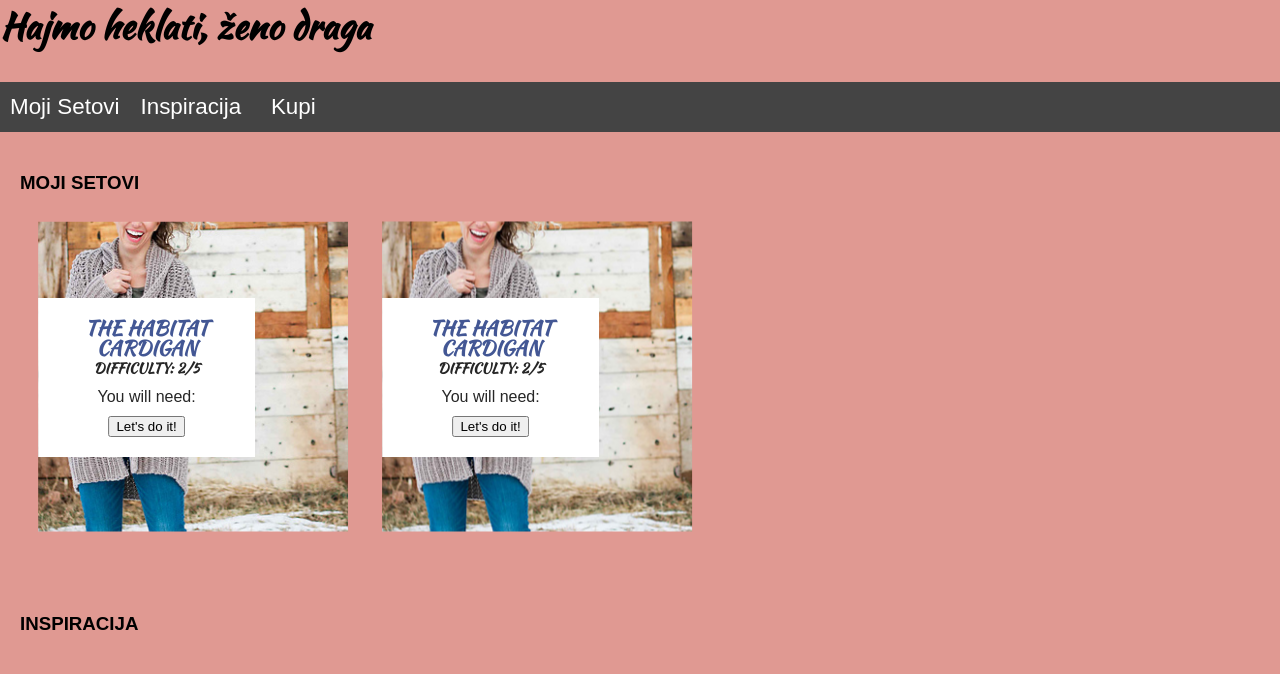
Repository: sdnc/Heklamo
Page: index.html
An editor plug-in stored every save of this project. The page is shown before and after the next save, followed by the edit.
The browser window is 1280 px wide. The pictures show the whole page.

Above is the page before, as saved 2020-12-24 14:54:49.
Console error: ReferenceError: $ is not defined

### index.html
<html>

<head>
  <meta charset="UTF-8" />
  <meta name="viewport" content="width=device-width, initial-scale=1.0" />
  <title>Heklamo</title>
  <link rel="preconnect" href="https://fonts.gstatic.com">
<link href="https://fonts.googleapis.com/css2?family=Kaushan+Script&display=swap" rel="stylesheet">
  <link href="https://maxcdn.bootstrapcdn.com/font-awesome/4.7.0/css/font-awesome.min.css" rel="stylesheet">
  <link rel="stylesheet" href="styles.css" />
  <script src="https://unpkg.com/vue@next" defer></script>
  <script src="app.js" defer></script>
</head>

<body>
  <!--1) -->
  <!--2) -->
  <section id="header">
    <h1>Hajmo heklati, ženo draga</h1>
  </section>
  <section class="nav">
    <ul>
      <li class="setove"><a href="#">Moji Setovi</a></li>
      <li class="inspiracija"><a href="#">Inspiracija</a></li>
      <li class="kupi"><a href="#">Kupi</a></li>
    </ul>
  </section>
    <section id="sets" class="divider">
      <h3>MOJI SETOVI</h3>
    <div class="card">
      <div class="image">
        <img
          src="img/habitatcardigan.jpg" />
      </div>
      <div class="details">
        <div class="center">
          <h1>The Habitat Cardigan<br><span>Difficulty: 2/5</span></h1>
          <p>You will need:</p>
          <button>Let's do it!</button>
        </div>
      </div>
    </div>

    <div class="card">
      <div class="image">
        <img src="img/habitatcardigan.jpg" />
      </div>
      <div class="details">
        <div class="center">
          <h1>The Habitat Cardigan<br><span>Difficulty: 2/5</span></h1>
          <p>You will need:</p>
          <button>Let's do it!</button>
        </div>
      </div>
    </div>
  </section>

  <section id="inspiration" class="divider">
    <h3>INSPIRACIJA</h3>



  </section>

  <section id="buy" class="divider">

  </section>

  <script>


  </script>
</body>

</html>

### styles.css
body {
  margin: 0;
  padding: 0;
  font-family: sans-serif;
  background-color: #e09992;
}

.divider {
  margin: 40px 0 30px 20px;
}

h1 {
  font-family: "Kaushan Script", sans-serif;
  font-size: 36;
}
/* NAV BAR */

.nav ul {
  list-style: none;
  background-color: #444;
  text-align: left;
  padding: 0;
  margin: 0;
}
.nav li {
  font-family: 'Oswald', sans-serif;
  font-size: 1em;
  padding-left: 10px;
  line-height: 40px;
  height: 40px;
  border-bottom: 1px solid #888;
}

.nav a {
  text-decoration: none;
  color: #fff;
  display: block;
  transition: .3s background-color;
}

.nav a:hover {
  background-color: #005f5f;
}
/*
.nav a.active {
  background-color: #fff;
  color: #444;
  cursor: default;
} */

@media screen and (min-width: 600px) {
  .nav li {
    width: 120px;
    border-bottom: none;
    height: 50px;
    line-height: 50px;
    font-size: 1.4em;
  }

  /* Option 1 - Display Inline */
  .nav li {
    display: inline-block;
    margin-right: -4px;
  }

/* MY SETS - section */
.card {
  margin: 5px 15px;
  display: inline-block;
  transform: translate(1%,1%);
  width: 310px;
  height: 350px;
}
.image {
  width: 310px;
  height: 350px;
  overflow: hidden;
}
.card .image img {
  width: 100%;
  transition: .5s;
}
.card:hover .image img {
  opacity: .5;
  transform: translateX(30%);/*100%*/
}
.card .details {
  position: absolute;
  top: 0;
  left: 0;
  width: 70%;/*100%*/
  height: 89%;
  background: #7ca9e0;
  transition: .5s;
  transform-origin: left;
  transform: perspective(2000px) rotateY(-90deg);
}
.card:hover .details {
  transform: perspective(2000px) rotateY(0deg);
}
.card .details .center {
  padding: 20px;
  text-align: center;
  background: #fff;
  position: absolute;
  top: 50%;
  transform: translateY(-50%);
}
.card .details .center h1 {
  margin: 0;
  padding: 0;
  color: #435794;
  line-height: 20px;
  font-size: 20px;
  text-transform: uppercase;
}
.card .details .center h1 span {
  font-size: 14px;
  color: #262626;
}
.card .details .center p {
  margin: 10px 0;
  padding: 0;
  color: #262626;
}

/* INPIRATION SECTION */

### app.js
$('#recipeCarousel').carousel({
    interval: 10000
  })

  $('.carousel .carousel-item').each(function(){
      var minPerSlide = 3;
      var next = $(this).next();
      if (!next.length) {
      next = $(this).siblings(':first');
      }
      next.children(':first-child').clone().appendTo($(this));

      for (var i=0;i<minPerSlide;i++) {
          next=next.next();
          if (!next.length) {
              next = $(this).siblings(':first');
            }

          next.children(':first-child').clone().appendTo($(this));
        }
  });

After the next save:
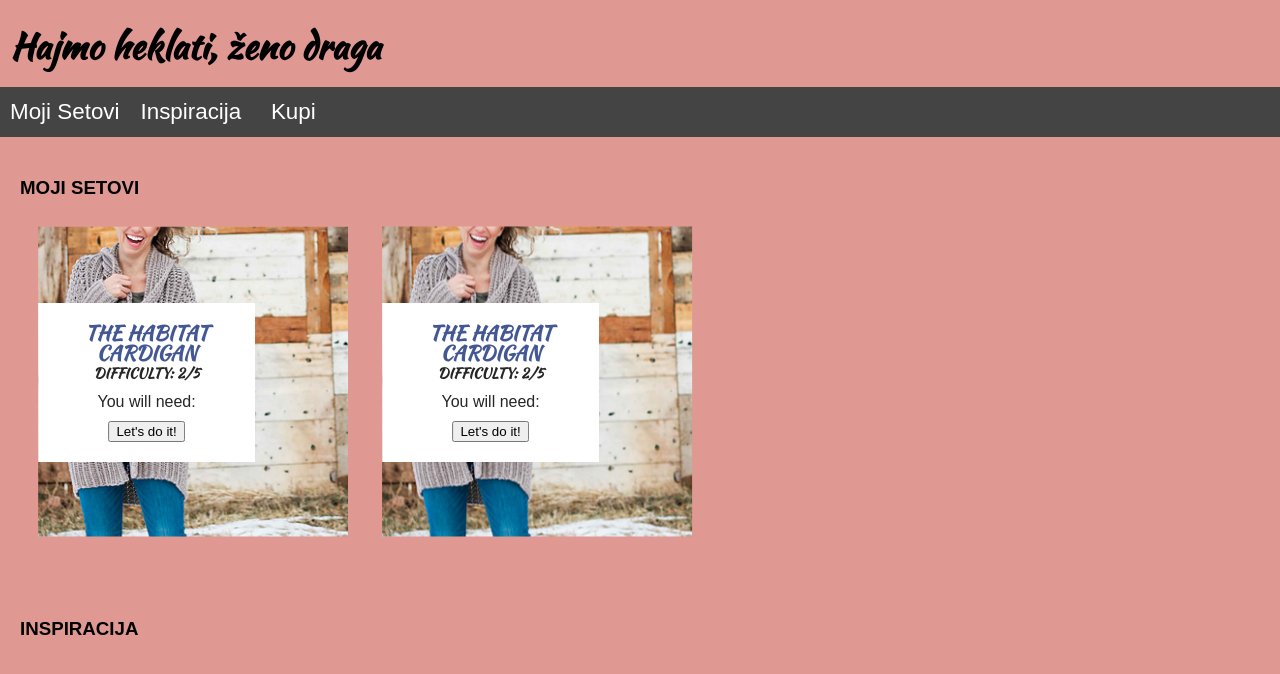
Saved 18 s later.
--- a/styles.css
+++ b/styles.css
@@ -12,6 +12,7 @@ body {
 h1 {
   font-family: "Kaushan Script", sans-serif;
   font-size: 36;
+  margin: 20px 0 15px 10px;
 }
 /* NAV BAR */
 
